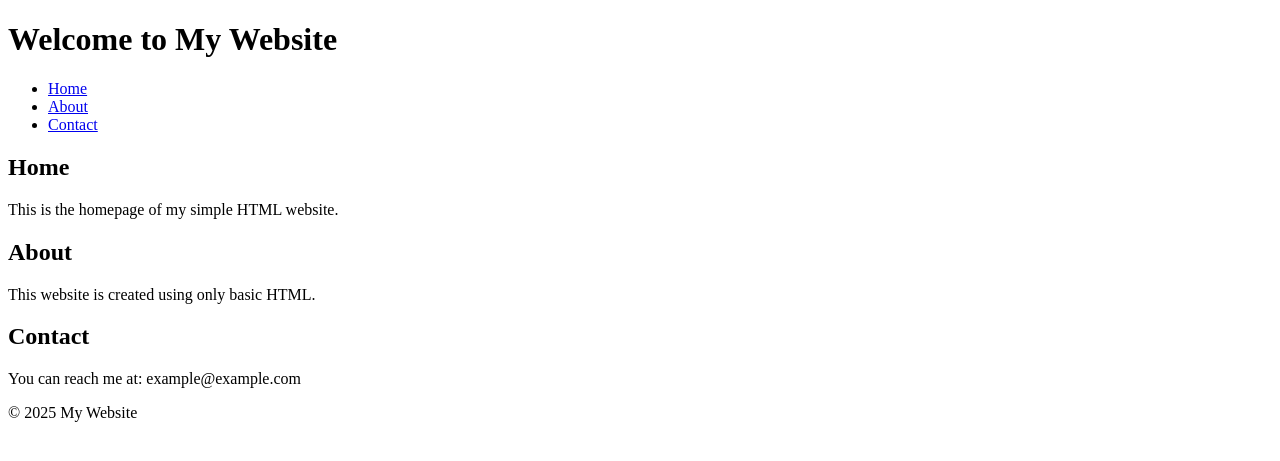
Repository: andajonas/Module_04_ANDJON25111_fto2502_A2_Anda-Jonas_SDF02
Page: index.html
These files come from the project's save history. The page is drawn as it stood at one moment and after a run of saves; the edit follows.
The browser window is 1280 px wide. The pictures show the whole page.

Above is the page before, as saved 2025-03-05 08:47:43.

### index.html
<!DOCTYPE html>
<html>
<head>

</head>
<body>
    <header>
        <h1>Welcome to My Website</h1>
    </header>
    <nav>
        <ul>
            <li><a href="#home">Home</a></li>
            <li><a href="#about">About</a></li>
            <li><a href="#contact">Contact</a></li>
        </ul>
    </nav>
    <section id="home">
        <h2>Home</h2>
        <p>This is the homepage of my simple HTML website.</p>
    </section>
    <section id="about">
        <h2>About</h2>
        <p>This website is created using only basic HTML.</p>
    </section>
    <section id="contact">
        <h2>Contact</h2>
        <p>You can reach me at: example@example.com</p>
    </section>
    <footer>
        <p>&copy; 2025 My Website</p>
    </footer>
</body>
</html>

After the next 2 saves:
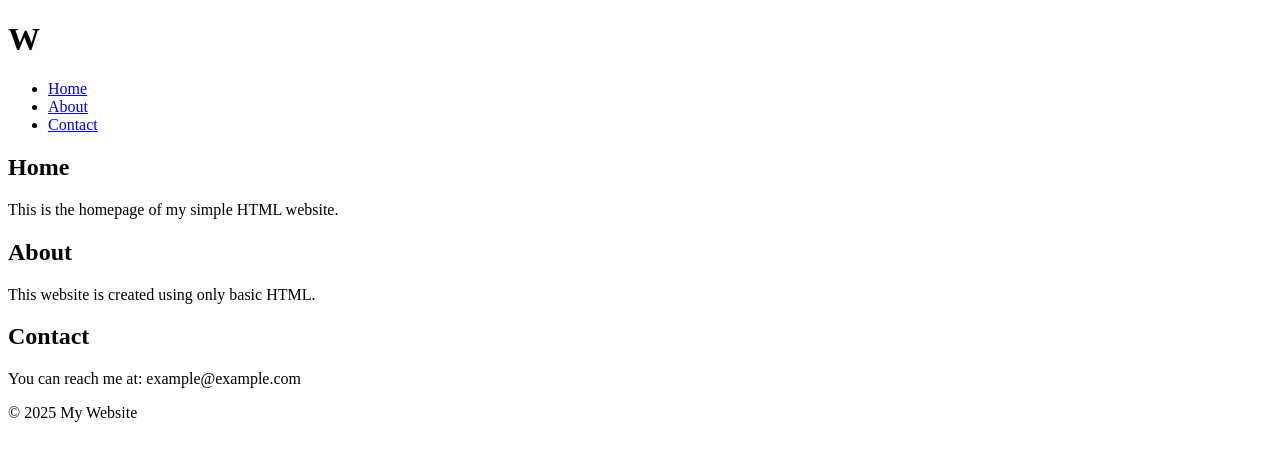
The 2 saves are shown as one change because they came seconds apart.
The last was saved 11 s later.
--- a/index.html
+++ b/index.html
@@ -1,11 +1,10 @@
 <!DOCTYPE html>
 <html>
 <head>
-
 </head>
 <body>
     <header>
-        <h1>Welcome to My Website</h1>
+        <h1>W</h1>
     </header>
     <nav>
         <ul>
